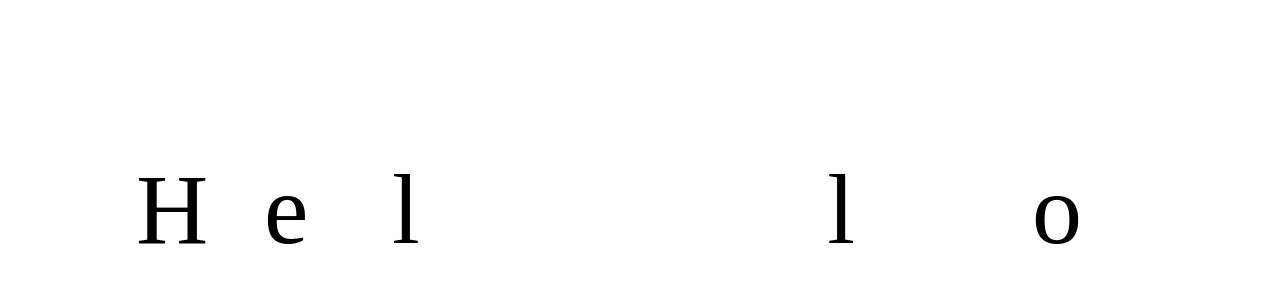
Repository: julihocc/javascript-interview-practice
Page: 01 HTML CSS/Exercise 75/index.html
An editor plug-in stored every save of this project. The page is shown before and after the next save, followed by the edit.
The browser window is 1280 px wide. The pictures show the whole page.

Above is the page before, as saved 2022-09-30 00:21:02.

After the next save:
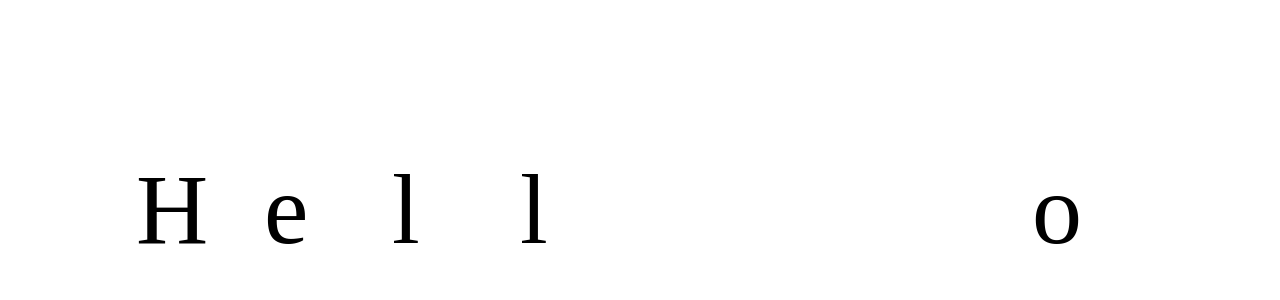
Saved 4 s later.
--- a/01 HTML CSS/Exercise 75/style.css
+++ b/01 HTML CSS/Exercise 75/style.css
@@ -32,7 +32,7 @@
 }
 
 #l4, #l4:hover {
-    left: 64vw;
+    left: 40vw;
 }
 
 #l5, #l5:hover {
